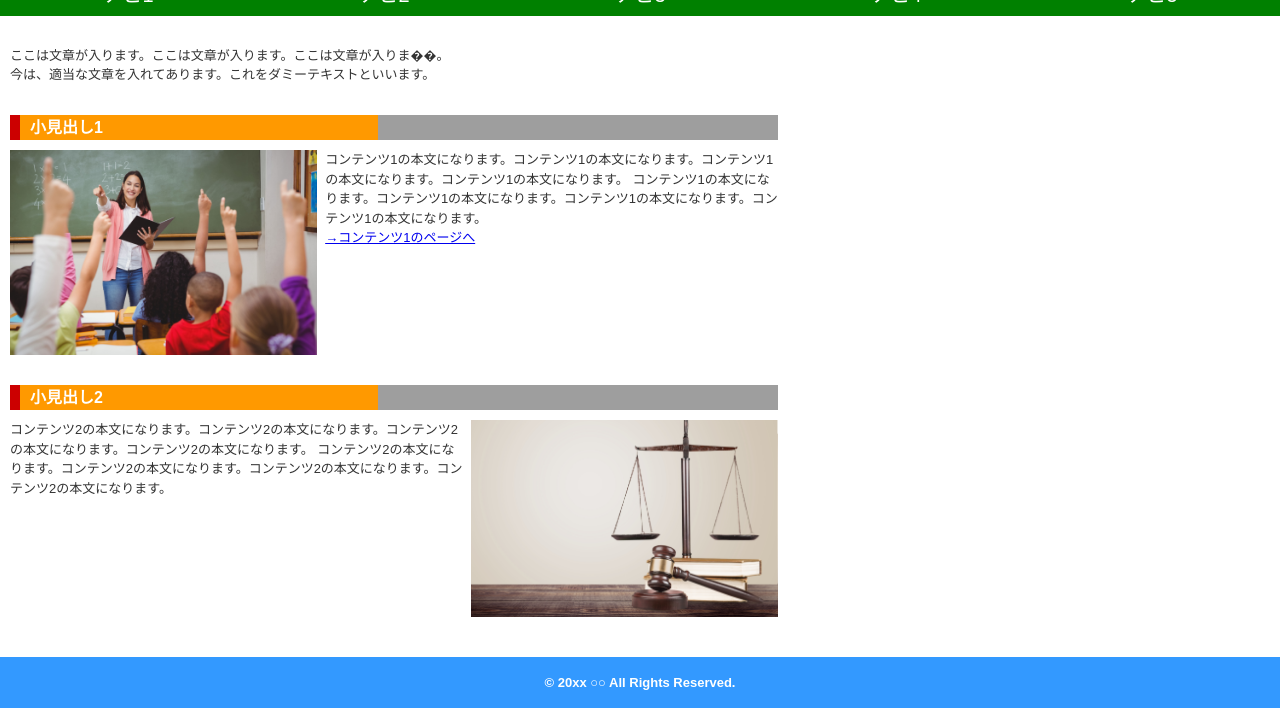
Repository: Kaede-1/samurai_HTML-CSS
Page: webpege/home.html
The author's editor kept a record of every edit. The page is drawn from the files as they stood at one moment, then again after the next edit.
The browser window is 1280 px wide. The pictures show the part of the page from y = 986 to 1694 px (the page is 1694 px tall).
Pictures or frames that could not be fetched are drawn as grey boxes. A picture or video elsewhere on the page could not be fetched, so the positions and the page height are approximate.

Above is the page before.

### webpege/home.html
<!DOCTYPE html>
<html lang="ja">
    <head>
        <meta charset="UTF-8">
        <title>HTML/CSSの学習</title>
        <link rel="stylesheet" href="stylesheet.css">
    </head>
    <body>
        <div id="header">
            <h1><a href="index.html"><img id="corridor" src="images/corridor.jpg" alt="大学の廊下" /></a></h1>
        </div>
        <div id="wrapper">
            <div id="nav">
                <ul>
                    <li><a href="home.html">ナビ1</a></li>
                    <li><a href="#">ナビ2</a></li>
                    <li><a href="#">ナビ3</a></li>
                    <li><a href="#">ナビ4</a></li>
                    <li><a href="#">ナビ5</a></li>
                </ul>
            </div>
                <div id="container">
                 <div id="main">
                    <div class="post">
                        <p>ここは文章が入ります。ここは文章が入ります。ここは文章が入りま��。<br />今は、適当な文章を入れてあります。これをダミーテキストといいます。</p>
                    </div>
                    <div class="post clearfix">
                        <h2>小見出し1</h2>
                        <img class="left" src="images/classroom.jpg" alt="授業風景" />
                        <p>
                            コンテンツ1の本文になります。コンテンツ1の本文になります。コンテンツ1の本文になります。コンテンツ1の本文になります。
                            コンテンツ1の本文になります。コンテンツ1の本文になります。コンテンツ1の本文になります。コンテンツ1の本文になります。
                        </p>
                        <p><a href="#">→コンテンツ1のページへ</a></p>
                    </div>
                    <div class="post clearfix">
                        <h2>小見出し2</h2>
                        <img class="right" src="images/scale.jpg" alt="天秤" />
                        <p>
                            コンテンツ2の本文になります。コンテンツ2の本文になります。コンテンツ2の本文になります。コンテンツ2の本文になります。
                            コンテンツ2の本文になります。コンテンツ2の本文になります。コンテンツ2の本文になります。コンテンツ2の本文になります。
                        </p>
                    </div>
                </div>
            </div>
        </div>
        <div id="footer">
            <p>&copy; 20xx ○○ All Rights Reserved.</p>
        </div>
    </body>
</html>

### webpege/stylesheet.css
@charset "utf-8";

body {
	margin: 0;
	padding: 0;
	font-family: "ヒラギノ角ゴ Pro W3", "Hiragino Kaku Gothic Pro", "メイリオ", Meiryo, Osaka, "ＭＳ Ｐゴシック", "MS PGothic", sans-serif;
	color: #333;
	font-size: 13px;
	line-height: 150%;
}

/* -------------------- wrapper -------------------- */
#wrapper {
    width: 100%;
    margin: auto;
    padding: 0px;
    border: 0px;
    background-color: #FFF;
    top: 10px;
}

/* -------------------- header -------------------- */
#header {
	width: 100%;
}
#header h1 {
	margin: 0;
	padding: 0;
}

#corridor {
	width: 100%;
	height: auto;
}

/* -------------------- footer -------------------- */
#footer {
	clear: both;
	width: 100%;
	padding: 3px 0 3px 0;
	background: #39F;
	color: #FFF;
	font-weight: bold;
	text-align: center;
}

/* -------------------- nav -------------------- */
#nav {
	width: 100%;
}
#nav ul {
	margin: 0;
	padding: 0;
	list-style-type: none;
}
#nav ul li {
	float: left;
	width: 20%;
	text-align: center;
}
#nav ul li a {
	display: block;
	height: 20px;
	margin: 0;
	padding: 10px;
	color: #FFF;
	font-size: 20px;
	text-decoration: none;
	background-color: green;
}

 /* -------------------- container -------------------- */
 #container {
	 width: 100%;
	 margin: auto ;
	 padding: auto;
	 padding-top: 20px;
	 clear: both;
 }
 /* -------------------- main -------------------- */
 #main {
	 float: left;
	 width: 60%;
	 padding: 10px 30px 10px 10px;
 }
 #main h2 {
	 margin: 0 0 10px 0;
	 padding: 3px 10px 3px 10px;
	 color: #FFF;
	 font-size: 16px;
	 border-left: solid 10px #C00;
	 background: #F90 url(../images/main_h2.jpg) right top repeat-y;
 }
 #main p {
	 margin: 0;
	 padding: 0;
 }
 #main .post {
	 margin: 0 0 30px 0;
 }

 #main .post img.right {
	 margin: 0 0 0 8px;
 }
 #main .post img.left {
	 margin: 0 8px 0 0;
 }

 .right {
	 float: right;
	 width: 40%;
	 height: auto;
 }
 .left {
	 float: left;
	 width: 40%;
	 height: auto;
 }

 /* -------------------- clearfix -------------------- */
 .clearfix {
	 zoom: 1;
 }
 .clearfix:after{
	 content: "";
	 display: block;
	 clear: both;
 }
  /* -------------------- side -------------------- */
 side {
  float: right;
  width: 30%;
  padding: 20px;
  background-color: #F99;
+}
+#side .box {
+	 margin: 0 auto 30px auto;
+	 padding: 0 0 20px 0;
+	 background: url(images/side_box.png) bottom no-repeat;
+}
+#side .box h2 {
	 margin: 0;
 	 padding: 8px;
 	 text-align: center;
 	 color: #fff;
 	 font-size: 16px;
 	 line-height: 16px;
 	 font-weight: normal;
 	 background: url(images/side_box_h2.png) center no-repeat;
 }
 #side .box .boxBody {
 	 padding: 8px;
 	 border-right: solid 1px #C36;
 	 border-bottom: solid 1px #C36;
 	 border-left: solid 1px #C36;
 	 background: #fff;
 }
 #side .box .boxBody ul {
 	 margin: 0 0 16px 0;
 	 padding: 0;
 }
 #side .box .boxBody ul li {
 	 padding: 8px 0 8px 4px;
 	 list-style: none;
 	 border-bottom: solid 1px #C36;
 }

After the next edit:
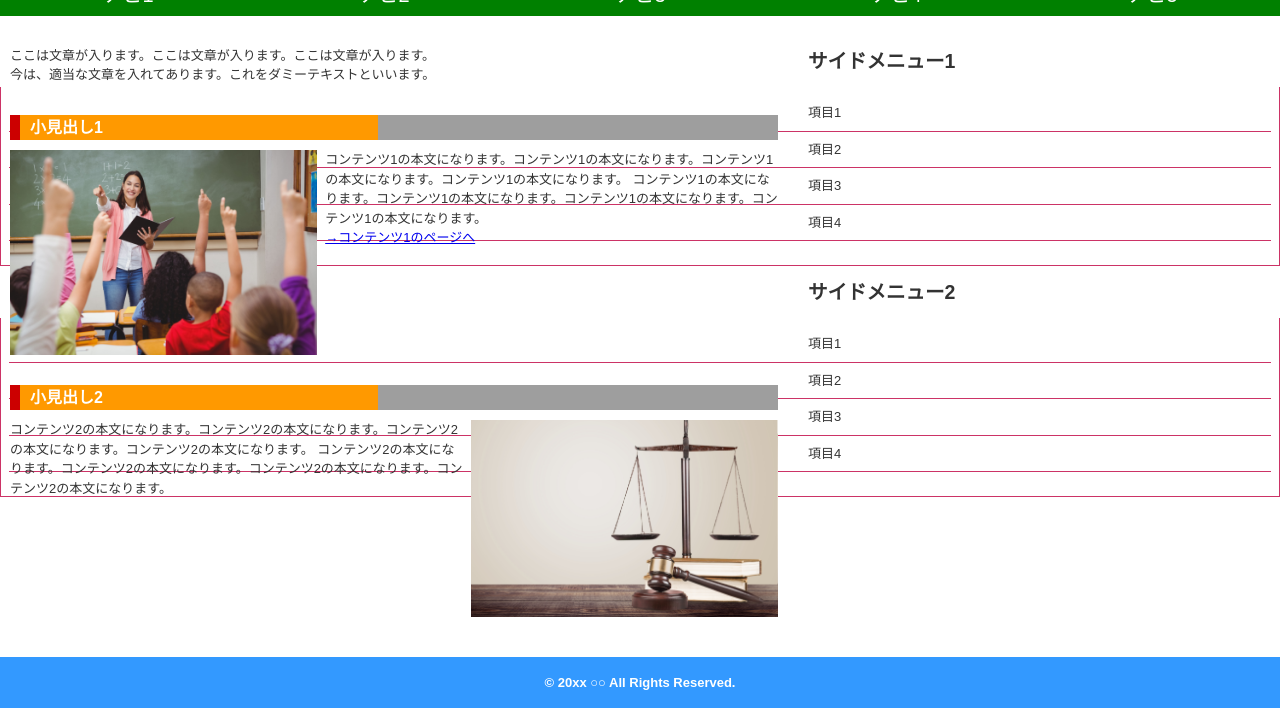
The edit:
--- a/webpege/home.html
+++ b/webpege/home.html
@@ -19,10 +19,10 @@
                     <li><a href="#">ナビ5</a></li>
                 </ul>
             </div>
-                <div id="container">
-                 <div id="main">
+            <div id="container">
+                <div id="main">
                     <div class="post">
-                        <p>ここは文章が入ります。ここは文章が入ります。ここは文章が入りま��。<br />今は、適当な文章を入れてあります。これをダミーテキストといいます。</p>
+                        <p>ここは文章が入ります。ここは文章が入ります。ここは文章が入ります。<br />今は、適当な文章を入れてあります。これをダミーテキストといいます。</p>
                     </div>
                     <div class="post clearfix">
                         <h2>小見出し1</h2>
@@ -42,6 +42,30 @@
                         </p>
                     </div>
                 </div>
+                <div id="side">
+                    <div class="box">
+                        <h2>サイドメニュー1</h2>
+                        <div class="boxBody">
+                            <ul>
+                                <li>項目1</li>
+                                <li>項目2</li>
+                                <li>項目3</li>
+                                <li>項目4</li>
+                            </ul>
+                        </div>
+                    </div>
+                    <div class="box">
+                        <h2>サイドメニュー2</h2>
+                        <div class="boxBody">
+                            <ul>
+                                <li>項目1</li>
+                                <li>項目2</li>
+                                <li>項目3</li>
+                                <li>項目4</li>
+                            </ul>
+                        </div>
+                    </div>
+                </div>
             </div>
         </div>
         <div id="footer">
